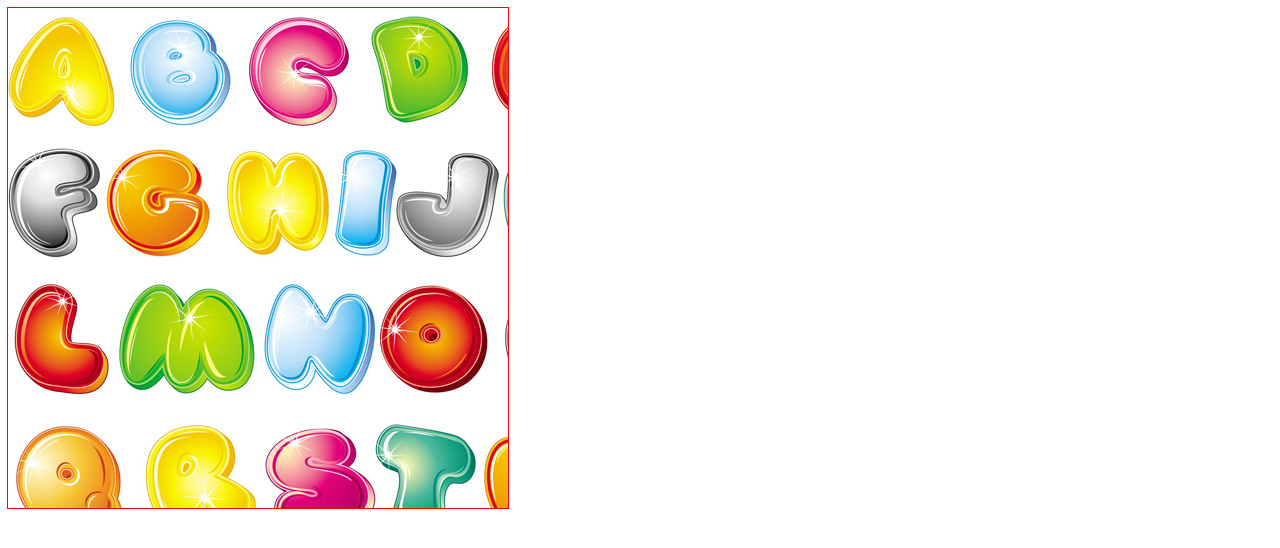
Repository: taoxiaofeng/hello-javascript
Page: master-class/sprite.html
An editor plug-in stored every save of this project. The page is shown before and after the next save, followed by the edit.
The browser window is 1280 px wide. The pictures show the whole page.

Above is the page before, as saved 2024-07-23 23:41:11.

After the next save:
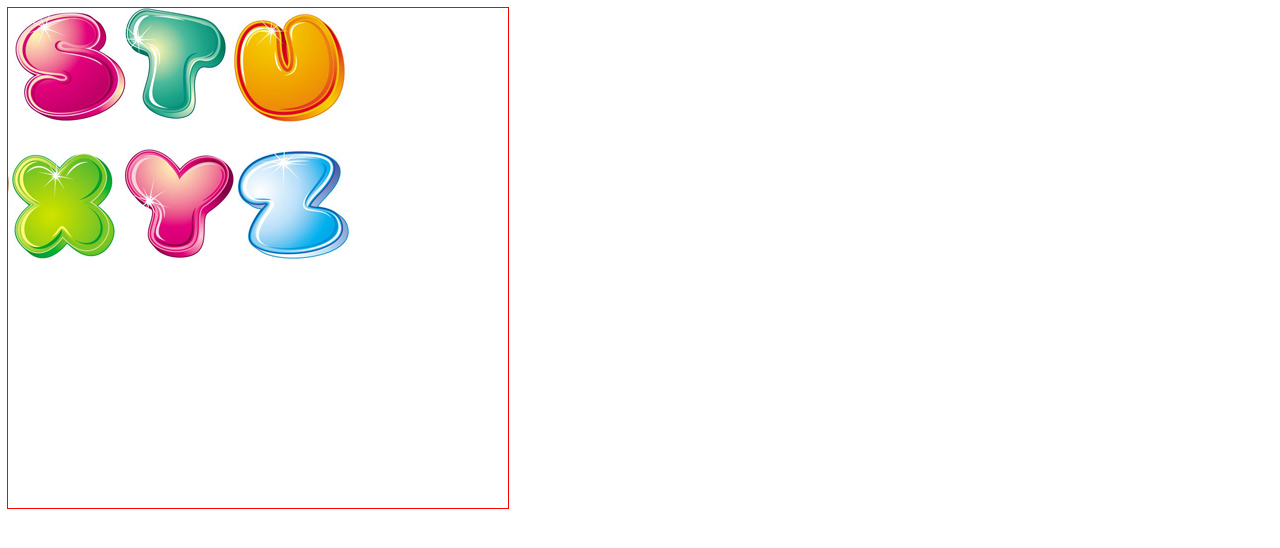
Saved 2 min 46 s later.
--- a/master-class/sprite.html
+++ b/master-class/sprite.html
@@ -11,6 +11,7 @@
       height: 500px;
       outline: 1px solid red;
       background: url('./images/sprite.jpg') no-repeat;
+      background-position: -250px -416px;
     }
   </style>
 </head>
